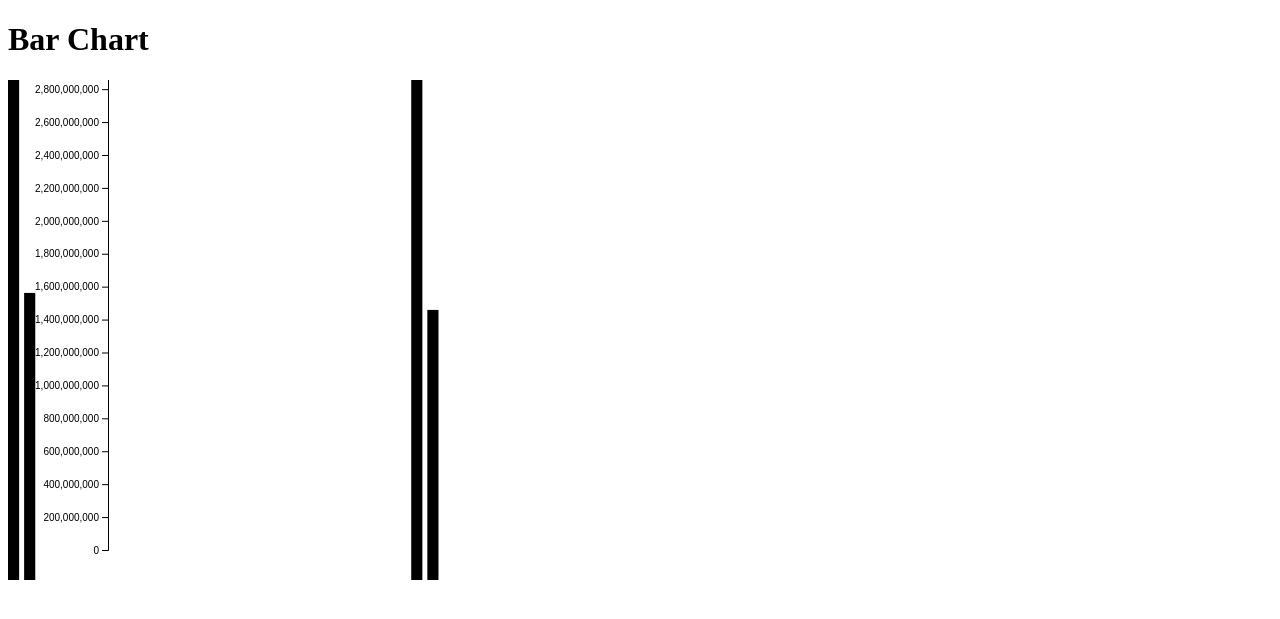
Repository: komalharjani/d3js-visualisation
Page: index.html
An editor plug-in stored every save of this project. The page is shown before and after the next save, followed by the edit.
The browser window is 1280 px wide. The pictures show the whole page.

Above is the page before, as saved 2020-04-29 18:43:56.

After the next save:
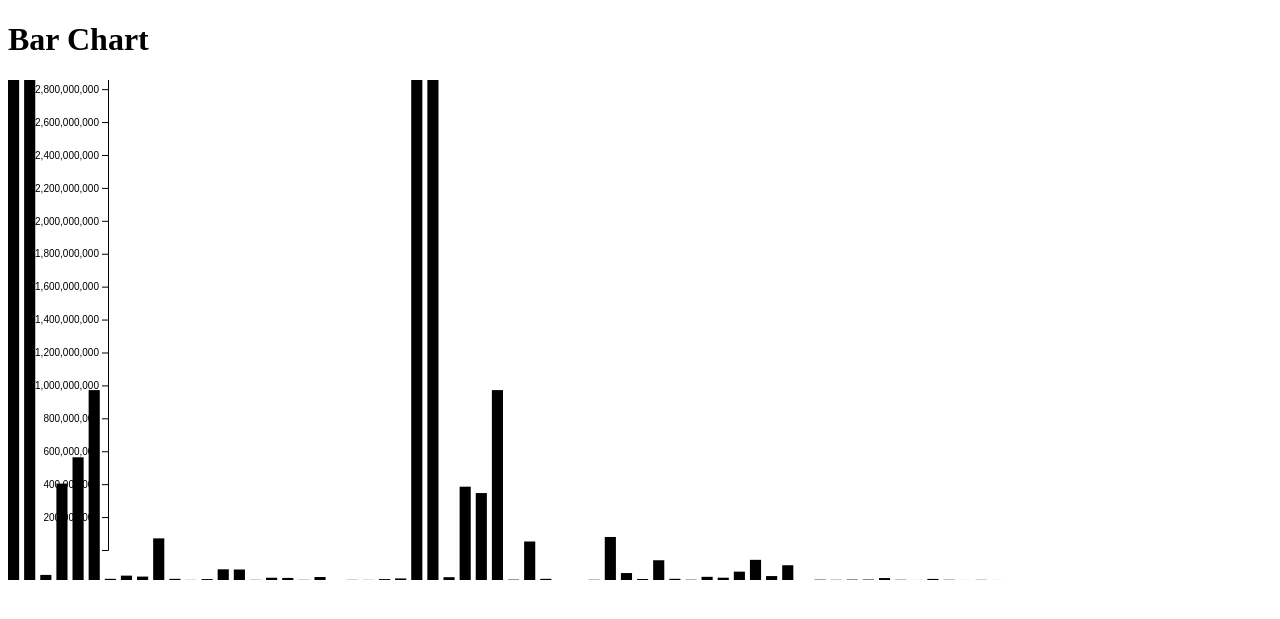
Saved 6 s later.
--- a/index.js
+++ b/index.js
@@ -78,7 +78,7 @@ d3.csv(dataPath)
                         })
                         .attr("width", barwidth - 5)
                         .attr("transform", function (d, i) {
-                                let translate = [barwidth * i,yscale(d.amount)];
+                                let translate = [barwidth * i];
                                 return "translate(" + translate + ")";
                         })
                         .attr("fill", 'black');
